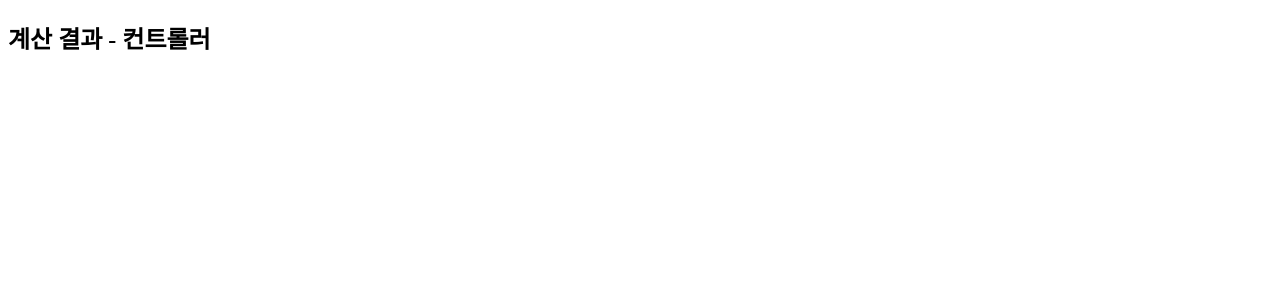
Repository: heezzanggg/JSPWebProgramming
Page: http://localhost/jwbook/ch08/calcResult.jsp
An editor plug-in stored every save of this project. The page is shown before and after the next save, followed by the edit.
The browser window is 1280 px wide. The pictures show the whole page.
The page is served by Tomcat 9.

Above is the page before, as saved 2023-03-28 05:36:50.

After the next save:
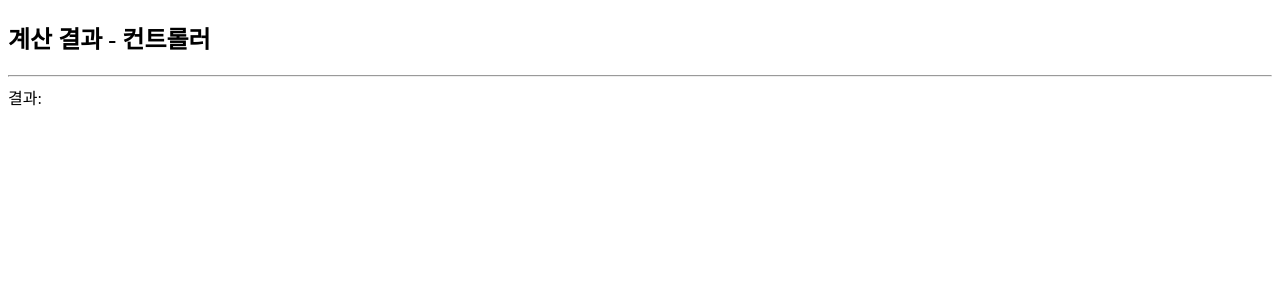
Saved 30 s later.
--- a/JSPWebProgramming/jwbook/src/main/webapp/ch08/calcResult.jsp
+++ b/JSPWebProgramming/jwbook/src/main/webapp/ch08/calcResult.jsp
@@ -8,5 +8,7 @@
 </head>
 <body>
 	<h2>계산 결과 - 컨트롤러</h2>
+	<hr>
+	결과: ${result}
 </body>
 </html>
